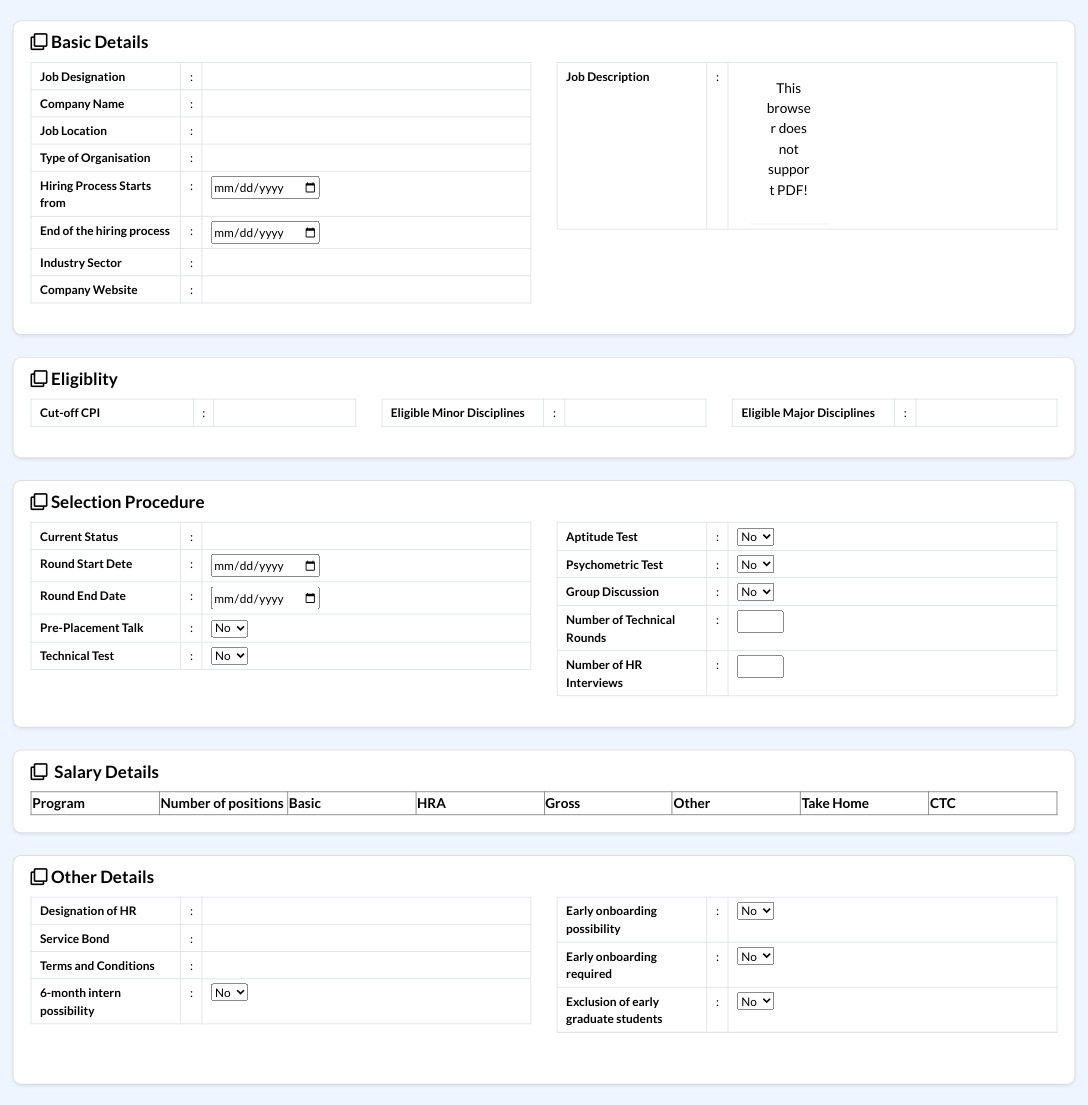
Repository: AditiDey29/Placement_Management_System
Page: templates/dashboard/one_job_details.html
The author's editor kept a copy of each file at every save. The page is drawn from the files as they stood at one save, then again after the next save.
The browser window is 1280 px wide. The pictures show the whole page, at 85% of full size.
Some web libraries are served in a nearby version. The template is drawn by Flask 3. The application's start-up code is not run. Other server files are loaded and not shown. The template is opened directly, without the code that normally fills it, so the values that code supplies are empty.

Above is the page before, as saved 2023-04-15 18:02:53.

### templates/dashboard/one_job_details.html
<!DOCTYPE html>
<html lang="en">

<head>
  <meta charset="UTF-8">
  <meta name="viewport" content="width=device-width, initial-scale=1.0">
  <meta http-equiv="X-UA-Compatible" content="ie=edge">
  <!-- Google Fonts -->
  <link href="https://fonts.googleapis.com/css?family=Lato:300,400,700,900&display=swap" rel="stylesheet">
  <!-- Bootstrap CSS -->
  <link rel='stylesheet' href='https://cdnjs.cloudflare.com/ajax/libs/twitter-bootstrap/4.1.3/css/bootstrap.min.css'>
  <!-- Font Awesome CSS -->
  <link rel='stylesheet' href='https://cdnjs.cloudflare.com/ajax/libs/font-awesome/5.12.1/css/all.min.css'>
  <title>Job Details</title>

  <style>
    body {
      background: #EDF6FF;
      /* fallback for old browsers */
      background: -webkit-linear-gradient(to right, #EDF6FF, #EDF6FF);
      /* Chrome 10-25, Safari 5.1-6 */
      background: linear-gradient(to right, #EDF6FF, #EDF6FF);
      /* W3C, IE 10+/ Edge, Firefox 16+, Chrome 26+, Opera 12+, Safari 7+ */
      padding: 0;
      margin: 0;
      font-family: 'Lato', sans-serif;
      color: #000;

    }

    .student-profile .card {
      border-radius: 10px;
    }

    .student-profile .card .card-header .profile_img {
      width: 150px;
      height: 150px;
      object-fit: cover;
      margin: 10px auto;
      border: 10px solid #ccc;
      border-radius: 50%;
    }

    .student-profile .card h3 {
      font-size: 20px;
      font-weight: 700;
    }

    .student-profile .card p {
      font-size: 16px;
      color: #000;
    }

    .student-profile .table th,
    .student-profile .table td {
      font-size: 14px;
      padding: 5px 10px;
      color: #000;
    }
  </style>
</head>

<body>
  <!-- START HERE -->

  <div class="student-profile py-4">
    <div class="container-fluid">
      <div class="row">

        <div class="col-lg-12">
          <div class="card shadow-sm">
            <div class="card-header bg-transparent border-0">
              <h3 class="mb-0"><i class="far fa-clone pr-1"></i>Basic Details</h3>
            </div>
            <div class="card-body person_details pt-0">
              <div class="row">
                <div class="col-lg-6">
                  <table class="table table-bordered">
                    <tr>
                      <th width="30%">Job Designation</th>
                      <td width="2%">:</td>
                      <td class="text-muted mb-0">{{job[1]}}</td>
                    </tr>
                    <tr>
                      <th width="30%">Company Name</th>
                      <td width="2%">:</td>
                      <td class="text-muted mb-0">{{company[3]}}</td>
                    </tr>
                    <tr>
                      <th width="30%">Job Location</th>
                      <td width="2%">:</td>
                      <td class="text-muted mb-0">{{job[3]}}</td>
                    </tr>
                    <tr>
                      <th width="30%">Type of Organisation</th>
                      <td width="2%">:</td>
                      <td class="text-muted mb-0">{{company[5]}}</td>
                    </tr>
                    <tr>
                      <th width="30%">Hiring Process Starts from</th>
                      <td width="2%">:</td>
                      <td class="text-muted mb-0"><input type="date" id="intern-date" name="intern-date">
                      </td>
                    </tr>
                    <tr>
                      <th width="30%">End of the hiring process</th>
                      <td width="2%">:</td>
                      <td class="text-muted mb-0"><input type="date" id="intern-date" name="intern-date">
                      </td>
                    </tr>
                    <tr>
                      <th width="30%">Industry Sector</th>
                      <td width="2%">:</td>
                      <td class="text-muted mb-0">{{company[6]}}</td>
                    </tr>
                    <tr>
                      <th width="30%">Company Website</th>
                      <td width="2%">:</td>
                      <td class="text-muted mb-0">{{company[4]}}</td>
                    </tr>
                  </table>
                </div>
                <div class="col-lg-6">
                  <table class="table table-bordered">

                    <tr>
                      <th width="30%">Job Description</th>
                      <td width="2%">:</td>
                      <td class="text-muted mb-0">
                        <div class="col-lg-4">
                          <!-- <div class="card shadow-sm"> -->
                              <div class="card-header bg-transparent text-center">
                                  <object
                                  data='data:application/pdf;base64, {{jd}}'
                                  type="application/pdf"
                                  width="300"
                                  height="300"
                                >
                                  <p>This browser does not support PDF!</p>
                                  </iframe>
                                </object>
                              </div>
                          <!-- </div> -->
                        </div>
                      </td>
                    </tr>

                  </table>
                </div>
              </div>
            </div>
          </div>

          <div style="height: 26px"></div>
          <div class="card shadow-sm">
            <div class="card-header bg-transparent border-0">
              <h3 class="mb-0"><i class="far fa-clone pr-1"></i>Eligiblity</h3>
            </div>
            <div class="card-body ed_details pt-0">
              <div class="row">
                <div class="col-lg-4">
                  <table class="table table-bordered">
                    <tr>
                      <th width="50%">Cut-off CPI</th>
                      <td width="2%">:</td>
                      <td class="text-muted mb-0">{{job[4]}}</td>
                    </tr>
                  </table>
                </div>
                <div class="col-lg-4">
                  <table class="table table-bordered">
                    <tr>
                      <th width="50%">Eligible Minor Disciplines</th>
                      <td width="2%">:</td>
                      <td class="text-muted mb-0">{{job[15]}}</td>
                    </tr>
                  </table>
                </div>
                <div class="col-lg-4">
                  <table class="table table-bordered">
                    <tr>
                      <th width="50%">Eligible Major Disciplines</th>
                      <td width="2%">:</td>
                      <td class="text-muted mb-0">{{job[17]}}</td>
                    </tr>
                  </table>
                </div>
              </div>
            </div>
          </div>

          <div style="height: 26px"></div>
          <div class="card shadow-sm">
            <div class="card-header bg-transparent border-0">
              <h3 class="mb-0"><i class="far fa-clone pr-1"></i>Selection Procedure</h3>
            </div>
            <div class="card-body person_details pt-0">
              <div class="row">
                <div class="col-lg-6">
                  <table class="table table-bordered">
                    <tr>
                      <th width="30%">Current Status</th>
                      <td width="2%">:</td>
                      <td class="text-muted mb-0">{{job[1]}}</td>
                    </tr>
                    <tr>
                      <th width="30%">Round Start Dete</th>
                      <td width="2%">:</td>
                      <td class="text-muted mb-0"><input type="date" id="intern-date" name="intern-date">
                      </td>
                    </tr>
                    <tr>
                      <th width="30%">Round End Date</th>
                      <td width="2%">:</td>
                      <td class="text-muted mb-0"><input type="date" id="intern-date" name="intern-date">
                      </td>
                    </tr>
                    <tr>
                      <th width="30%">Pre-Placement Talk</th>
                      <td width="2%">:</td>
                      <td class="text-muted mb-0"><select name="internship_possibility">
                        <option value="yes">Yes</option>
                        <option value="no" selected>No</option>
                      </select>
                    </td>
                    </tr>
                    <tr>
                      <th width="30%">Technical Test</th>
                      <td width="2%">:</td>
                      <td class="text-muted mb-0"><select name="internship_possibility">
                        <option value="yes">Yes</option>
                        <option value="no" selected>No</option>
                      </select>
                    </td>
                    </tr>
                  </table>

                </div>
                <div class="col-lg-6">
                  <table class="table table-bordered">
                    <tr>
                      <th width="30%">Aptitude Test</th>
                      <td width="2%">:</td>
                      <td class="text-muted mb-0"><select name="internship_possibility">
                        <option value="yes">Yes</option>
                        <option value="no" selected>No</option>
                      </select>
                    </td>
                    </tr>
                    <tr>
                      <th width="30%">Psychometric Test</th>
                      <td width="2%">:</td>
                      <td class="text-muted mb-0"><select name="internship_possibility">
                        <option value="yes">Yes</option>
                        <option value="no" selected>No</option>
                      </select>
                    </td>
                    </tr>
                    <tr>
                      <th width="30%">Group Discussion</th>
                      <td width="2%">:</td>
                      <td class="text-muted mb-0"><select name="internship_possibility">
                        <option value="yes">Yes</option>
                        <option value="no" selected>No</option>
                      </select>
                    </td>
                    </tr>
                    <tr>
                      <th width="30%">Number of Technical Rounds</th>
                      <td width="2%">:</td>
                      <td class="text-muted mb-0"><input type="number" name="Number" min="0" max="100" step="1" value="Number"></td>
                    </tr>
                    <tr>
                      <th width="30%">Number of HR Interviews</th>
                      <td width="2%">:</td>
                      <td class="text-muted mb-0"><input type="number" name="Number" min="0" max="100" step="1" value="Number"></td>
                    </tr>
                  </table>
                </div>
              </div>
            </div>
          </div>


          <div style="height: 26px"></div>
          <div class="card shadow-sm">
            <div class="card-header bg-transparent border-0">
              <h3 class="mb-0"><i class="far fa-clone pr-1"></i> Salary Details</h3>
            </div>
            <div class="card-body ed_details pt-0">
              <div class="row">
                <div class="col-lg-12">
                  <table border="1" width="100%" style="table-layout: fixed;">
                    <tr>
                      <th>Program</th>
                      <th>Number of positions</th>
                      <th>Basic</th>
                      <th>HRA</th>
                      <th>Gross</th>
                      <th>Other</th>
                      <th>Take Home</th>
                      <th>CTC</th>

                    </tr>
                    {% for detail in details %}
                    <tr>
                      <td>{{detail[8]}}</td>
                      <td>{{detail[1]}}</td>
                      <td>{{detail[2]}}</td>
                      <td>{{detail[3]}}</td>
                      <td>{{detail[4]}}</td>
                      <td>{{detail[5]}}</td>
                      <td>{{detail[6]}}</td>
                      <td>{{detail[7]}}</td>
                    </tr>
                    {% endfor %}
                  </table>
                </div>
              </div>
            </div>
          </div>
        </div>
      </div>

      <div style="height: 26px"></div>
      <div class="card shadow-sm">
        <div class="card-header bg-transparent border-0">
          <h3 class="mb-0"><i class="far fa-clone pr-1"></i>Other Details</h3>
        </div>
        <div class="card-body person_details pt-0">
          <div class="row">
            <div class="col-lg-6">
              <table class="table table-bordered">
                <tr>
                  <th width="30%">Designation of HR</HR>
                  </th>
                  <td width="2%">:</td>
                  <td class="text-muted mb-0">{{job[1]}}</td>
                </tr>
                <tr>
                  <th width="30%">Service Bond</th>
                  <td width="2%">:</td>
                  <td class="text-muted mb-0">{{company[3]}}</td>
                </tr>
                <tr>
                  <th width="30%">Terms and Conditions</th>
                  <td width="2%">:</td>
                  <td class="text-muted mb-0">{{company[5]}}</td>
                </tr>
                <tr>
                  <th width="30%">6-month intern possibility</th>
                  <td width="2%">:</td>
                  <td class="text-muted mb-0"><select name="internship_possibility">
                    <option value="yes">Yes</option>
                    <option value="no" selected>No</option>
                  </select>
                </td>
                </tr>

              </table>
            </div>
            <div class="col-lg-6">
              <table class="table table-bordered">
                <tr>
                  <th width="30%">Early onboarding possibility</th>
                  <td width="2%">:</td>
                  <td class="text-muted mb-0"><select name="internship_possibility">
                    <option value="yes">Yes</option>
                    <option value="no" selected>No</option>
                  </select>
                </td>
                </tr>
                <tr>
                  <th width="30%">Early onboarding required</th>
                  <td width="2%">:</td>
                  <td class="text-muted mb-0"><select name="internship_possibility">
                    <option value="yes">Yes</option>
                    <option value="no" selected>No</option>
                  </select>
                </td>
                </tr>
                <tr>
                  <th width="30%">Exclusion of early graduate students</th>
                  <td width="2%">:</td>
                  <td class="text-muted mb-0"><select name="internship_possibility">
                    <option value="yes">Yes</option>
                    <option value="no" selected>No</option>
                  </select>
                </td>
                </tr>
                <tr>
              </table>

              <br>
              {%if (apply)%}
              <form method="POST">
                  <button class="btn btn-lg" type="submit">Apply</button>
              </form>
              {% endif %}
            </div>
          </div>
        </div>
      </div>


    </div>
  </div>





  <script src="http://code.jquery.com/jquery-3.3.1.min.js"
    integrity="sha256-FgpCb/KJQlLNfOu91ta32o/NMZxltwRo8QtmkMRdAu8=" crossorigin="anonymous"></script>
  <script src="https://cdnjs.cloudflare.com/ajax/libs/popper.js/1.14.3/umd/popper.min.js"
    integrity="sha384-ZMP7rVo3mIykV+2+9J3UJ46jBk0WLaUAdn689aCwoqbBJiSnjAK/l8WvCWPIPm49"
    crossorigin="anonymous"></script>
  <script src="https://stackpath.bootstrapcdn.com/bootstrap/4.1.1/js/bootstrap.min.js"
    integrity="sha384-smHYKdLADwkXOn1EmN1qk/HfnUcbVRZyYmZ4qpPea6sjB/pTJ0euyQp0Mk8ck+5T"
    crossorigin="anonymous"></script>
</body>

</html>

After the next save:
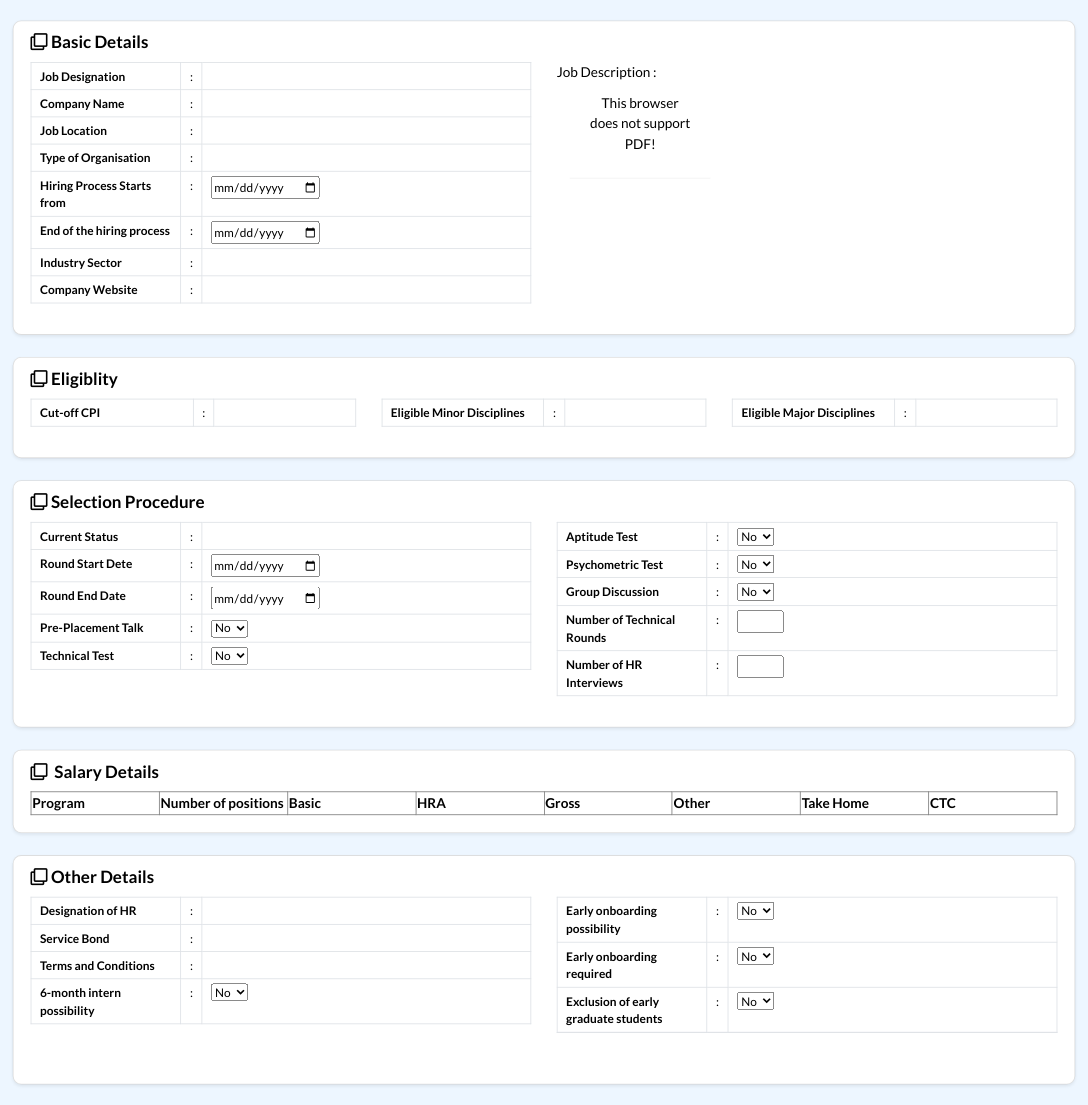
Saved 29 s later.
--- a/templates/dashboard/one_job_details.html
+++ b/templates/dashboard/one_job_details.html
@@ -121,9 +121,7 @@
                   </table>
                 </div>
                 <div class="col-lg-6">
-                  <table class="table table-bordered">
-
-                    <tr>
+
                       <th width="30%">Job Description</th>
                       <td width="2%">:</td>
                       <td class="text-muted mb-0">
